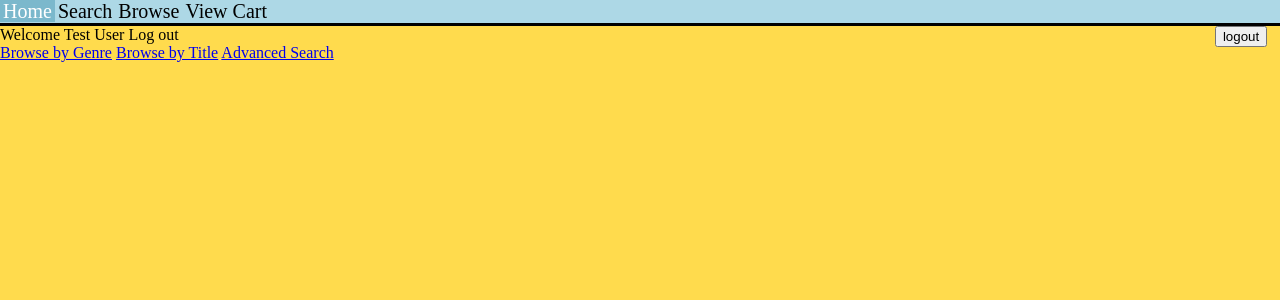
Repository: AndrewHarryKim/cs122B
Page: http://localhost/fabflix/Home
An editor plug-in stored every save of this project. The page is shown before and after the next save, followed by the edit.
The browser window is 1280 px wide. The pictures show the whole page.
The page is served by Tomcat 9. The session is filled in as if someone had signed in: {"email": "test@example.com", "id": 1, "first_name": "Test User", "last_name": "Test User", "cc_id": 1, "address": 1, "cart": 1}.

Above is the page before, as saved 2016-04-30 03:45:46.

After the next save:
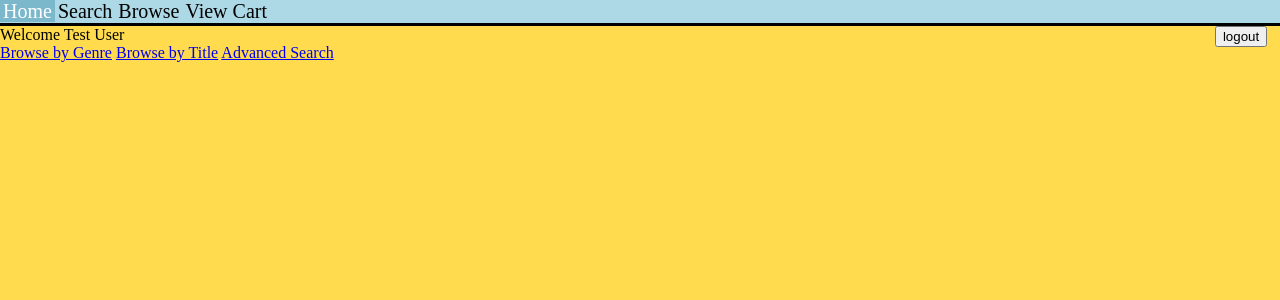
Saved 36 s later.
--- a/Site3/fabflix/WebContent/WEB-INF/home.jsp
+++ b/Site3/fabflix/WebContent/WEB-INF/home.jsp
@@ -14,7 +14,7 @@
 	<%@include file="login-authentication.jsp" %>
 
 	Welcome <%=session.getAttribute("first_name")%>
-	<input class="absolute-right" href=<%=Global.logoutPath+""%> type="button" value="logout">Log out</a>
+	<a href=<%=Global.logoutPath+""%>><input class="absolute-right" type="button" value="logout"/></a>
 	<%
 		out.println("</br>");
 	    out.println("<a href='"+Global.browseGenre+"'>Browse by Genre</a>");
